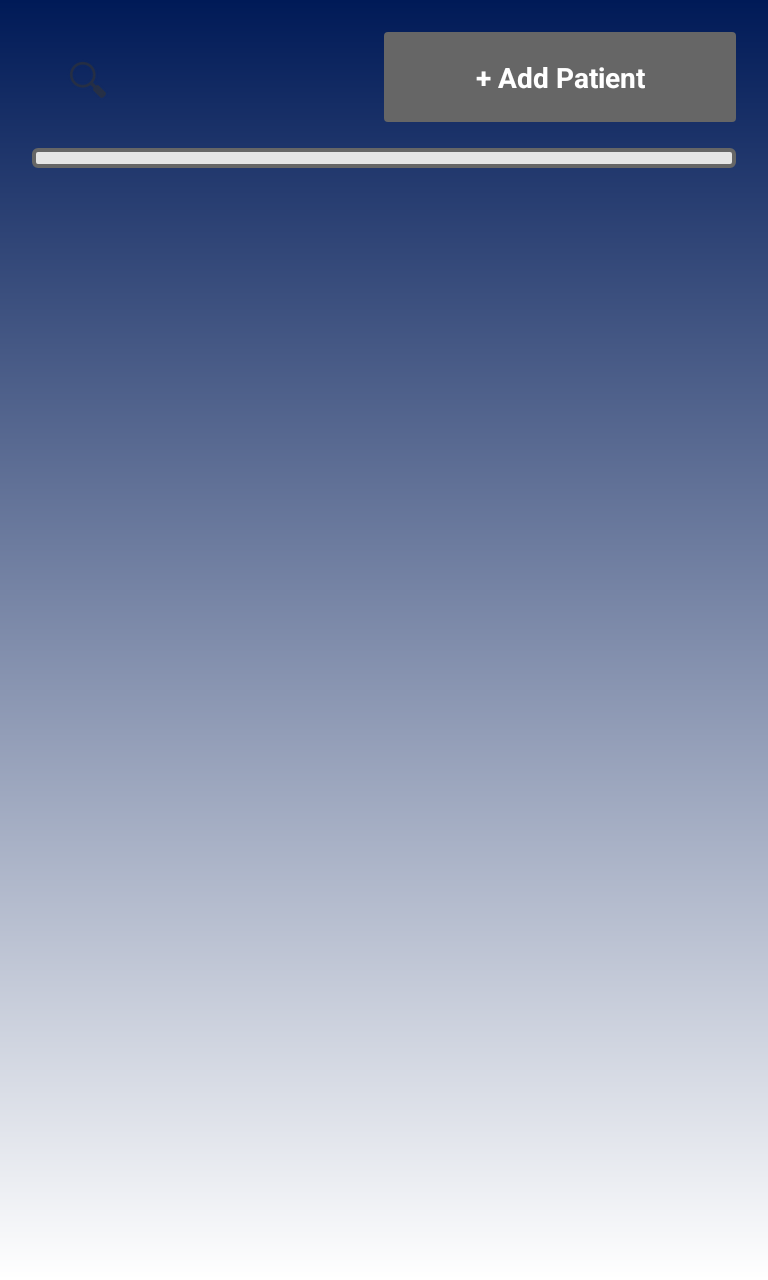
Repository: duke-compsci408-fall2014/GlassRx
Layout: AndroidRx/res/layout/activity_patient_list.xml
The author's editor kept a copy of each file at every save. The layout is drawn from the files as they stood at one save, then again after the next save.
It is drawn on a 768 x 1280 px phone screen (xhdpi) without system bars, with theme AppTheme; the app's code is not run. Lists and similar views that code fills are empty. The app's manifest (not shown) leaves right-to-left support off. So textAlignment, textDirection and layoutDirection are ignored, and left and right values win over start and end ones.

Above is the layout before, as saved 2014-12-09 20:07:17.

After the next save:
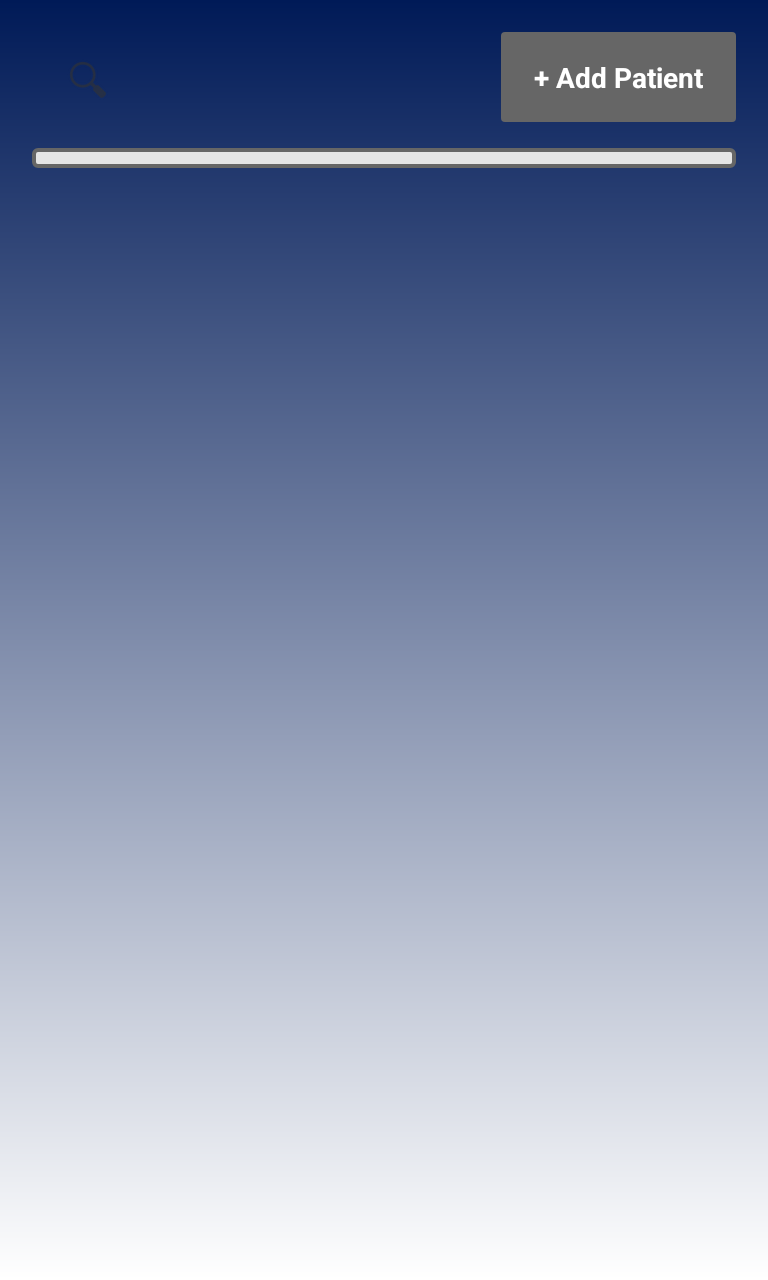
Saved 18 s later.
--- a/AndroidRx/res/layout/activity_patient_list.xml
+++ b/AndroidRx/res/layout/activity_patient_list.xml
@@ -12,13 +12,13 @@
         android:id="@+id/layout_search_add"
         android:layout_width="match_parent"
         android:layout_height="wrap_content"
-        android:weightSum="2"
+        android:weightSum="3"
         android:orientation="horizontal">
 
         <SearchView
 	        android:id="@+id/search_patient"
 	        android:layout_width="0dp"
-	        android:layout_weight="1"
+	        android:layout_weight="2"
 	        android:layout_height="wrap_content" >
 	    </SearchView>
 
